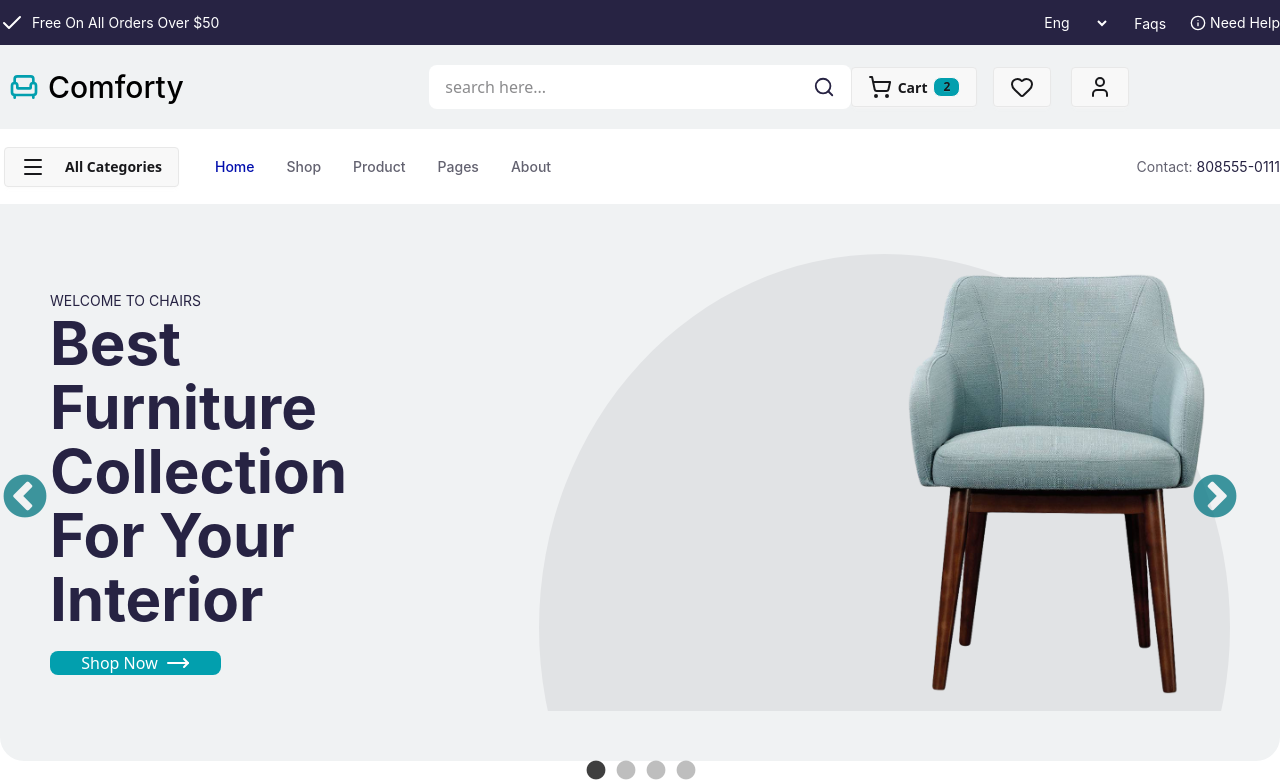
Repository: Neda0o0/store-template-website
Page: /
These files come from the project's save history. The page is drawn as it stood at one moment and after the next save; the edit follows.
The browser window is 1280 px wide. The pictures show the whole page.
The project was rebuilt for these pictures with package versions that can differ from the ones it lists, and the page was loaded fresh each time. Also part of the build but not shown: vite.config.js, src/Pages/Auth/Auth.jsx, src/Pages/Auth/Login/Login.jsx, src/Pages/Auth/Register/Register.jsx, src/Pages/Error/Error.jsx, src/AuthCheck/AuthCheck.jsx.

Above is the page before, as saved 2025-10-23 12:15:16.

### index.html
<!DOCTYPE html>
<html lang="en">
  <head>
    <meta charset="UTF-8" />
    <link rel="icon" type="image/svg+xml" href="/vite.svg" />
    <meta name="viewport" content="width=device-width, initial-scale=1.0" />
    <title>new-project</title>
  </head>
  <body>
    <div id="root"></div>
    <script type="module" src="/src/main.jsx"></script>
  </body>
</html>

### src/main.jsx
import { StrictMode } from "react";
import { createRoot } from "react-dom/client";
import MainLayout from "./MainLayout/MainLayout";
import "./index.css";

createRoot(document.getElementById("root")).render(
  <StrictMode>
    <MainLayout />
  </StrictMode>
);

### src/MainLayout/MainLayout.jsx
import { BrowserRouter, Route, Routes } from "react-router";
import Navbar from "../components/Navbar/Navbar";
import Home from "../Pages/Home/Home";
import Auth from "../Pages/Auth/Auth";
import Login from "../Pages/Auth/Login/Login";
import Register from "../Pages/Auth/Register/Register";
import Error from "../Pages/Error/Error";
import AuthCheck from "../AuthCheck/AuthCheck";

const MainLayout = () => {
  return (
    <BrowserRouter>
      {/* Navbar */}
      <Navbar />
      <Routes>
        <Route
          path="/"
          element={
            <AuthCheck>
              <Home />
            </AuthCheck>
          }
        />
        <Route path="auth" element={<Auth />}>
          <Route path="login" element={<Login />} />
          <Route path="register" element={<Register />} />
        </Route>
        {/* not found routes */}
        <Route path="*" element={<Error />} />
      </Routes>
    </BrowserRouter>
  );
};
export default MainLayout;

### src/index.css
@import "tailwindcss";
@plugin "daisyui";

/* google font inter */
@import url("https://fonts.googleapis.com/css2?family=Inter:ital,opsz,wght@0,14..32,100..900;1,14..32,100..900&display=swap");

@theme {
  --font-inter: "Inter", sans-serif;
}

.banner_slide_item {
  display: flex !important;
  justify-content: space-between;
  align-items: center;
  gap: 7.5rem;
}

.banner_image {
  position: relative;
}
.banner_image::before {
  content: "";
  position: absolute;
  top: 0;
  right: 0;
  max-width: 747px;
  width: 100%;
  min-height: 747px;
  height: 100%;
  background-color: #e1e3e5;
  border-radius: 100%;
  z-index: -1;
}
.slick-prev,
.slick-next {
  z-index: 5 !important;
}
.slick-prev {
  left: -40px;
}
.slick-next {
  right: 30px;
}
.slick-list {
  margin: 10px;
}
.slick-prev:before,
.slick-next:before {
  font-family: "slick";
  font-size: 50px !important;
  line-height: 1;
  opacity: 0.75;
  color: #007580 !important;
  -webkit-font-smoothing: antialiased;
  -moz-osx-font-smoothing: grayscale;
}
.slick-dots {
  position: absolute;
  bottom: -70px !important;
  display: block;
  width: 100%;
  padding: 0;
  margin: 0;
  list-style: none;
  text-align: center;
}
.slick-dots li button:before {
  font-family: "slick";
  font-size: 22px !important;
  line-height: 20px;
  position: absolute;
  top: 0;
  left: 0;
  width: 20px;
  height: 20px;
  text-align: center;
  opacity: 0.25;
  color: black;
  -webkit-font-smoothing: antialiased;
  -moz-osx-font-smoothing: grayscale;
}

### src/components/Navbar/Navbar.jsx
import {
  Armchair,
  Check,
  Info,
  Search,
  ShoppingCart,
  Heart,
  User,
  Menu,
} from "lucide-react";
import { Link, NavLink } from "react-router-dom";

const Navbar = () => {
  return (
    <div>
      {/* navbar top */}
      <div className="navbar_top flex items-center justify-center bg-[#272343] w-full h-[45px]">
        <div className="lg:container flex justify-between items-center">
          <p className="flex items-center gap-2 text-sm font-inter font-normal text-white capitalize">
            <Check />
            Free on all orders over $50
          </p>
          <div className="navbar_top_right flex items-center gap-6">
            <select
              defaultValue="Server location"
              className=" bg-none h-[30px] w-[70px] text-sm font-inter font-normal capitalize text-white"
            >
              <option>Eng</option>
              <option>Farsi</option>
            </select>
            <button>
              <Link className="text-sm text-white font-inter font-normal capitalize ">
                Faqs
              </Link>
            </button>
            <button>
              <Link className="flex items-center gap-1 text-sm  text-white font-inter font-normal capitalize">
                <Info size={16} />
                Need help
              </Link>
            </button>
          </div>
        </div>
      </div>
      {/* navbar middle */}
      <div className="navbar middle flex items-center justify-center bg-[#f0f2f3] w-full h-[84px]">
        <div className="lg:container grid grid-cols-3 items-center">
          <div className="logo_wrapper">
            <Link
              to="/"
              className="text-3xl text-black font-inter font-medium capitalize flex items-center gap-2"
            >
              <Armchair size="2rem" color="#029fae" /> Comforty
            </Link>
          </div>
          <div className="search_box">
            <form action="#" className="max-w-[443px] h-[44px] relative">
              <input
                type="text"
                placeholder="search here..."
                className=" max-w-[443px] w-full h-full bg-white rounded-lg pl-4 "
              />
              <button className="absolute to-50% right-4 translate-y-1/2">
                <Search size="22px" color="#272343" />
              </button>
            </form>
          </div>
          {/* navbar middle right */}
          <div className="navbar_middle_right flex items-center gap-4">
            <button className="btn capitalize">
              <ShoppingCart /> cart
              <div className="badge badge-sm bg-[#029fae]">2</div>
            </button>
            <button className="btn capitalize">
              <Heart />
            </button>

            <div className="dropdown">
              <div tabIndex={0} role="button" className="btn m-1">
                <User />
              </div>
              <ul
                tabIndex="-1"
                className="dropdown-content menu bg-base-100 rounded-box z-1 w-52 p-2 shadow-sm"
              >
                <li>
                  <Link>Account</Link>
                </li>
                <li>
                  <Link>Logout</Link>
                </li>
              </ul>
            </div>
          </div>
        </div>
      </div>

      {/* navbar bottom */}
      <div className="navbar_bottom flex items-center justify-center w-full h-[75px] bg-white border-[#ele3e5]">
        <div className="lg:container flex items-center justify-between">
          <div className="navbar_bottom_left flex items-center gap-8">
            <div className="dropdown dropdown-start">
              <div
                tabIndex={0}
                role="button"
                className="btn m-1 flex items-center gap-5 capitalize"
              >
                <Menu /> all categories
              </div>
              <ul
                tabIndex="-1"
                className="dropdown-content menu bg-base-100 rounded-box z-1 w-52 p-2 shadow-sm"
              >
                <li>
                  <a>Chair</a>
                </li>
                <li>
                  <a>Pant</a>
                </li>
                <li>
                  <a>Shirt</a>
                </li>
                <li>
                  <a>T-shirt</a>
                </li>
              </ul>
            </div>
            <nav className="flex items-center gap-8">
              <NavLink
                to="/"
                className="text-sm text-[#020fae] font-inter font-medium capitalize"
              >
                Home
              </NavLink>
              <NavLink className="text-sm text-[#636270] font-inter font-medium capitalize">
                shop
              </NavLink>
              <NavLink className="text-sm text-[#636270] font-inter font-medium capitalize">
                product
              </NavLink>
              <NavLink className="text-sm text-[#636270] font-inter font-medium capitalize">
                pages
              </NavLink>
              <NavLink className="text-sm text-[#636270] font-inter font-medium capitalize">
                about
              </NavLink>
            </nav>
          </div>

          <div className="navbar_bottom_right">
            <p className="text-sm text-[#636270] font-inter font-normal capitalize">
              contact: <span className="text-[#272343]">{808}555-0111</span>
            </p>
          </div>
        </div>
      </div>
    </div>
  );
};
export default Navbar;

### src/Pages/Home/Home.jsx
import Banner from "../../components/Banner/Banner";
import Delivery from "../../components/Delivery/Delivery";
const Home = () => {
  return (
    <div>
      {/* banner component */}
      <div className="w-full rounded-b-3xl bg-[#f0f2f3] min-h-[85px] flex items-center justify-center ">
        <Banner></Banner>
      </div>
      {/* delivery component */}
      <div className="w-full min-h[#150px] shadow-md bg-white ">
        <Delivery></Delivery>
      </div>
    </div>
  );
};
export default Home;

### src/components/Banner/Banner.jsx
import "slick-carousel/slick/slick.css";
import "slick-carousel/slick/slick-theme.css";
import Slider from "react-slick";
import { MoveRight } from "lucide-react";

const Banner = () => {
  const products = [
    {
      id: 1,
      title: "Best Furniture collection for your interior ",
      subTitle: "welcome to chairs",
      image: "/src/assets/Banner/banner_image.png",
    },
    {
      id: 2,
      title: "Best Furniture collection for your interior ",
      subTitle: "welcome to chairs",
      image: "/src/assets/Banner/banner_image.png",
    },
    {
      id: 3,
      title: "Best Furniture collection for your interior ",
      subTitle: "welcome to chairs",
      image: "/src/assets/Banner/banner_image.png",
    },
    {
      id: 4,
      title: "Best Furniture collection for your interior ",
      subTitle: "welcome to chairs",
      image: "/src/assets/Banner/banner_image.png",
    },
  ];
  const settings = {
    dots: true,
    infinite: true,
    speed: 500,
    slidesToShow: 1,
    slidesToScroll: 1,
  };
  return (
    <div className="lg:container w-full p-10">
      <div className="slider-container w-full h-full">
        <Slider {...settings}>
          {products?.map((product) => (
            <div key={product?.id} className="banner_slide_item">
              {/* banner text */}
              <div className="banner_text">
                <p className="text-sm font-inter font-normal text-[#272343] uppercase">
                  {product?.subTitle}
                </p>
                <h3 className="text-6xl text-[#272343] font-inter capitalize leading-16 max-w-[631px] w-full font-bold mb-5">
                  {product?.title}
                </h3>
                <button className="max-w-[171px] w-full flex items-center justify-center gap-2 h-[52] bg-[#029fae] rounded-lg cursor-pointer text-white capitalize">
                  shop now <MoveRight />
                </button>
              </div>

              {/* banner image */}
              <div className="banner_image w-full h-full flex items-center justify-end">
                <img
                  className="w-[50%]"
                  src={product?.image}
                  alt={product?.title}
                />
              </div>
            </div>
          ))}
        </Slider>
      </div>
    </div>
  );
};
export default Banner;

### src/components/Delivery/Delivery.jsx
const Delivery = () => {
  return;
};
export default Delivery;

After the next save:
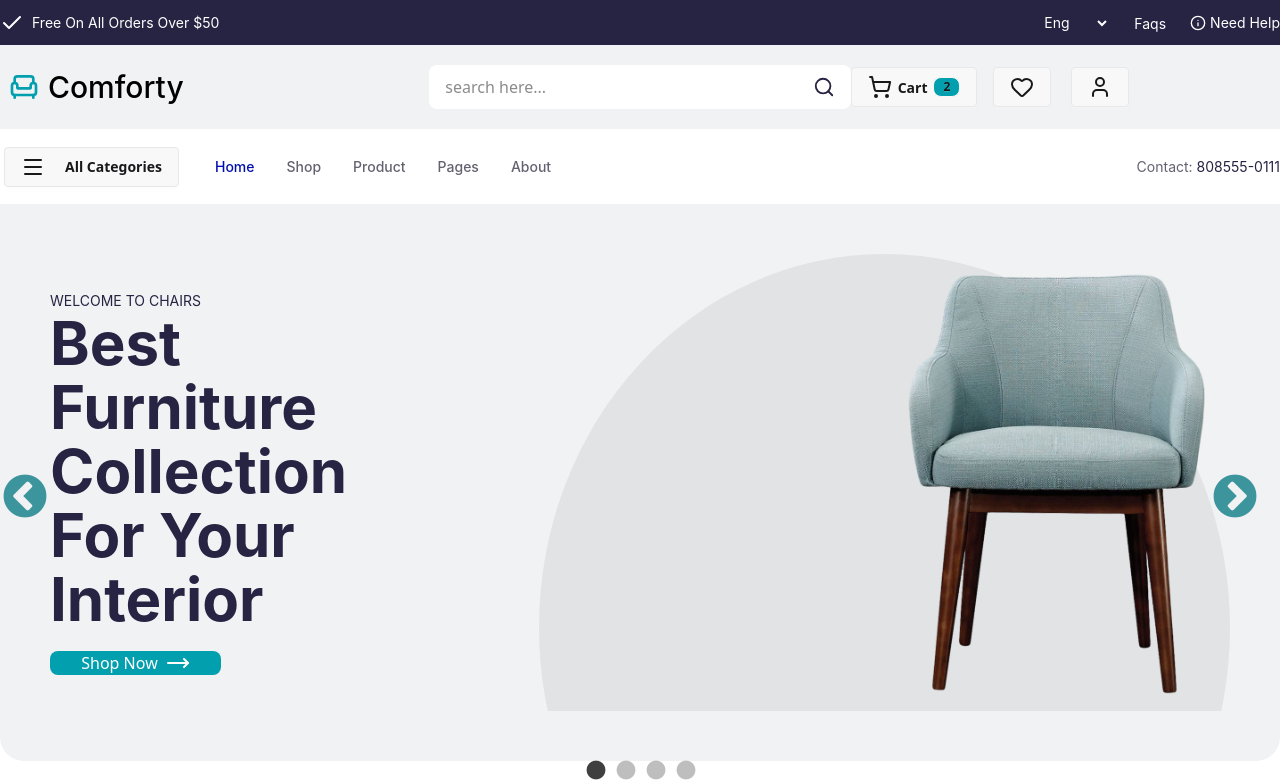
Saved 9 s later.
--- a/src/index.css
+++ b/src/index.css
@@ -39,7 +39,7 @@
   left: -40px;
 }
 .slick-next {
-  right: 30px;
+  right: 10px;
 }
 .slick-list {
   margin: 10px;
